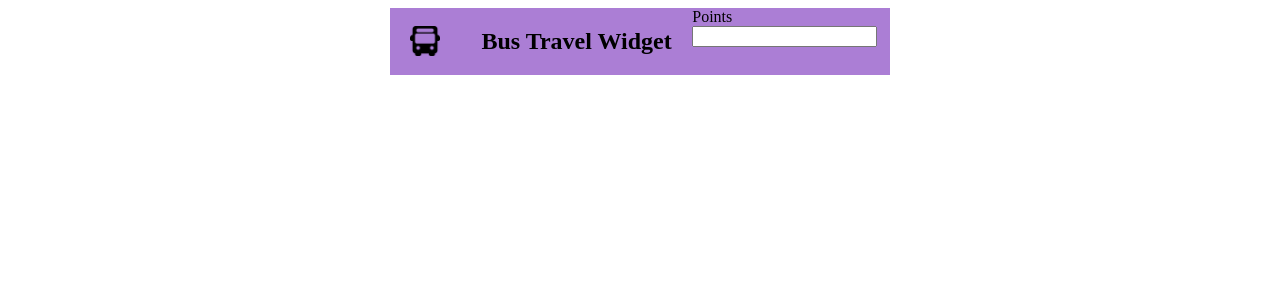
Repository: lasity34/bus_travel
Page: index.html
These files come from the project's save history. The page is drawn as it stood at one moment and after the next save; the edit follows.
The browser window is 1280 px wide. The pictures show the whole page.

Above is the page before, as saved 2023-05-31 09:45:10.

After the next save:
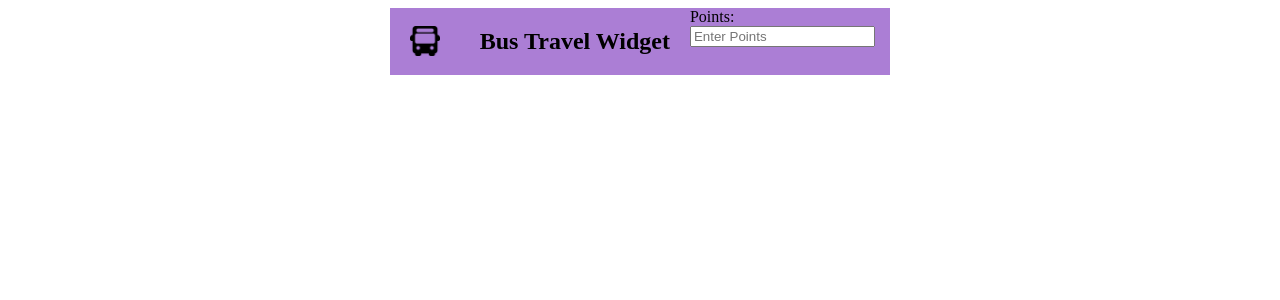
Saved 4 min 32 s later.
--- a/index.html
+++ b/index.html
@@ -16,8 +16,8 @@
         <h2>Bus Travel Widget</h2>
     </header>
     <div class="points_container">
-        <label for="points">Points</label>
-        <input type="number" name="points" id="points">
+        <label for="points">Points:</label>
+        <input type="number" name="points" id="points" placeholder="Enter Points">
     </div>
     <script src="./bus_travel_factory.js"></script>
     <script src="./bus_travel.js"></script>
